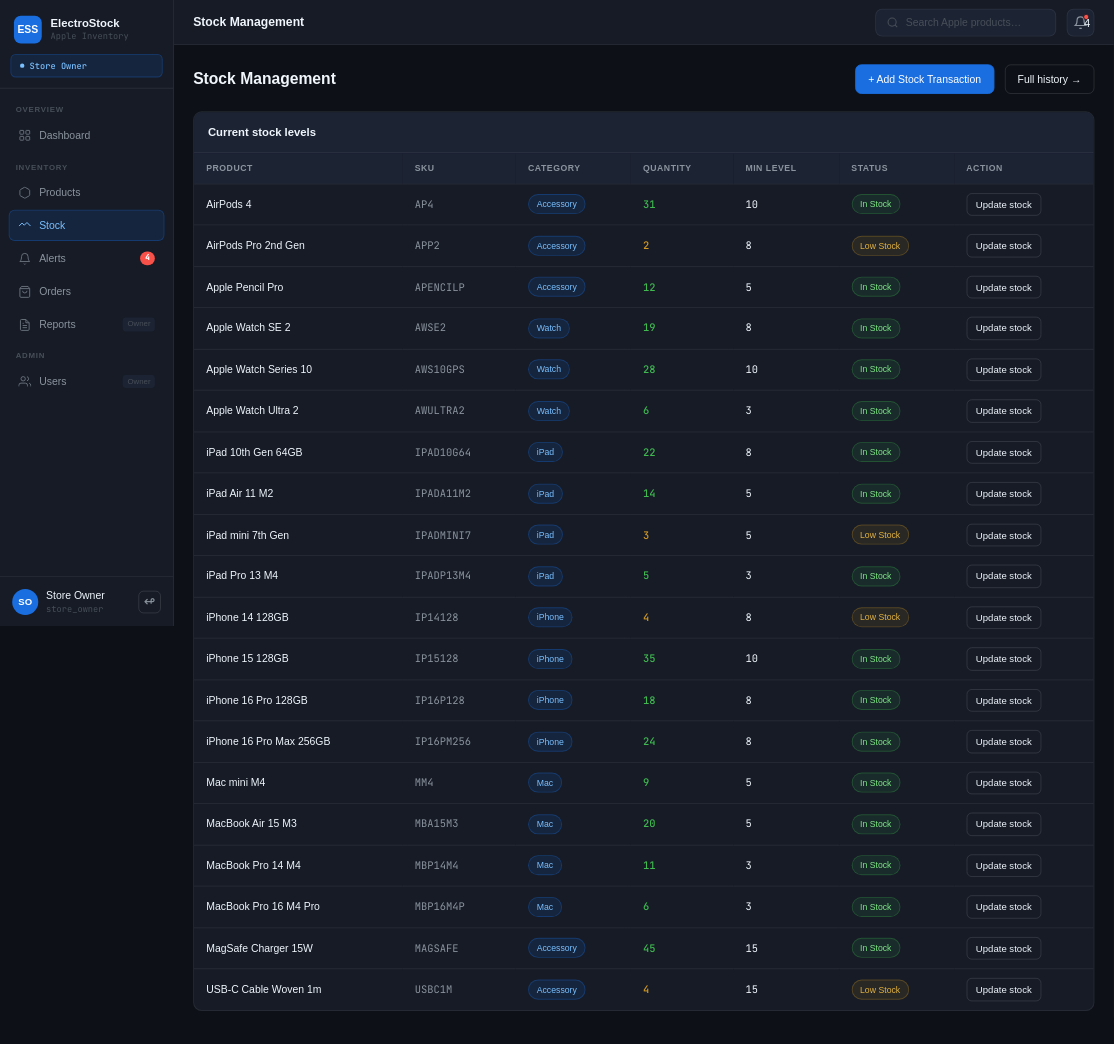
Repository: aayushaabsnss-web/ElectroStock-Solutions
Page: http://localhost/ESS/stock/index.php
These files come from the project's save history. The page is drawn as it stood at one moment and after a run of saves; the edit follows.
The browser window is 1280 px wide. The pictures show the whole page, at 87% of full size.
Some web fonts or font styles are not loaded; a fallback is used. The page is run by PHP 8.4 with error messages shown; the project is at /var/www/html/. The session is filled in as if someone had signed in: {"uid": 1, "name": "Store Owner", "role": "store_owner"}. Other server files are loaded and not shown. The database holds what the project's SQL file puts in it.

Above is the page before, as saved 2026-05-12 19:47:02.

### stock/index.php
<?php
/**
 * stock/index.php — Stock Levels (Presentation Layer)
 * Shows all products with their current stock levels.
 * Click "Update stock" on any row to go to the stock update form.
 */
$t = "Stock Management"; $a = "stock";
require_once "../includes/header.php";
include  "../includes/flash.php";

// Fetch all products with stock info
$products = mysqli_query($conn,
    "SELECT id, name, sku, category, quantity, min_qty,
            CASE
              WHEN quantity = 0        THEN 'Out of Stock'
              WHEN quantity <= min_qty THEN 'Low Stock'
              ELSE                          'In Stock'
            END AS stock_status
     FROM products
     WHERE is_active = 1
     ORDER BY name");
?>
<div class="page-hdr">
  <h1>Stock Management</h1>
  <a href="add.php" class="btn btn-primary">+ Add Stock Transaction</a>
  <a href="search.php" class="btn btn-outline">Full history &rarr;</a>
</div>
<div class="card">
  <div class="card-hdr"><span class="card-title">Current stock levels</span></div>
  <table class="tbl">
    <thead>
      <tr>
        <th>Product</th>
        <th>SKU</th>
        <th>Category</th>
        <th>Quantity</th>
        <th>Min level</th>
        <th>Status</th>
        <th>Action</th>
      </tr>
    </thead>
    <tbody>
    <?php $e=true; while($p=mysqli_fetch_assoc($products)): $e=false;
      $bl=["In Stock"=>"b-green","Low Stock"=>"b-amber","Out of Stock"=>"b-red"];
      $ql=["In Stock"=>"c-green","Low Stock"=>"c-amber","Out of Stock"=>"c-red"];
    ?>
    <tr>
      <td class="fw"><?= h($p["name"]) ?></td>
      <td class="mono muted"><?= h($p["sku"]) ?></td>
      <td><span class="badge b-blue"><?= h($p["category"]) ?></span></td>
      <td class="mono fw <?= $ql[$p["stock_status"]] ?>"><?= $p["quantity"] ?></td>
      <td class="mono"><?= $p["min_qty"] ?></td>
      <td><span class="badge <?= $bl[$p["stock_status"]] ?>"><?= $p["stock_status"] ?></span></td>
      <td>
        <a href="add.php?pid=<?= $p["id"] ?>" class="btn btn-outline btn-sm">Update stock</a>
      </td>
    </tr>
    <?php endwhile; if($e): ?>
    <tr><td colspan="7" style="text-align:center;padding:30px;color:var(--t3)">No products found.</td></tr>
    <?php endif; ?>
    </tbody>
  </table>
</div>
<?php require_once "../includes/footer.php"; ?>

### includes/header.php
<?php
// $t = page title, $a = active nav key
require_once __DIR__.'/../config/db.php';
require_once __DIR__.'/../auth/session.php';
requireLogin();
$_ac = alertCount($conn);
?><!DOCTYPE html>
<html lang="en">
<head>
<meta charset="UTF-8"><meta name="viewport" content="width=device-width,initial-scale=1">
<title><?= h($t??'Dashboard') ?> — ElectroStock Solutions</title>
<link rel="stylesheet" href="<?= BASE ?>assets/style.css">
</head>
<body>
<?php include __DIR__.'/sidebar.php'; ?>
<header class="topbar">
  <span class="tb-title"><?= h($t??'Dashboard') ?></span>
  <form class="tb-search" action="<?= BASE ?>products/search.php" method="GET">
    <svg width="14" height="14" viewBox="0 0 24 24" fill="none" stroke="currentColor" stroke-width="2"><circle cx="11" cy="11" r="8"/><path d="M21 21l-4.35-4.35"/></svg>
    <input type="text" name="q" placeholder="Search Apple products…" value="<?= h($_GET['q']??'') ?>">
  </form>
  <a href="<?= BASE ?>monitoring/index.php" class="tb-bell" title="Alerts">
    <svg width="16" height="16" viewBox="0 0 24 24" fill="none" stroke="currentColor" stroke-width="2"><path d="M18 8A6 6 0 006 8c0 7-3 9-3 9h18s-3-2-3-9"/><path d="M13.73 21a2 2 0 01-3.46 0"/></svg>
    <?php if($_ac>0): ?><span class="tb-badge"><?= $_ac ?></span><?php endif; ?>
  </a>
</header>
<main class="main"><div class="content">

### config/db.php
<?php
/**
 * config/db.php
 * Database configuration and connection file.
 * Change DB_USER, DB_PASS and BASE to match your server.
 */

// Database credentials — update these for your environment
define('DB_HOST', 'localhost');
define('DB_USER', 'root');      // Your MySQL username
define('DB_PASS', '');          // Your MySQL password
define('DB_NAME', 'inventory_db');

// Base URL — must match your folder name in htdocs
// e.g. if folder is 'ElectroStock-Solutions' use '/ElectroStock-Solutions/'
define('BASE', '/ESS/');

// Establish the database connection
$conn = mysqli_connect(DB_HOST, DB_USER, DB_PASS, DB_NAME);

// Show a clear error if connection fails
if (!$conn) {
    die('<div style="font-family:sans-serif;padding:30px;background:#1a1a2e;color:#ff6b6b;text-align:center">
        <h2>&#9888; Database connection failed</h2>
        <p>' . mysqli_connect_error() . '</p>
        <p style="color:#888">Edit config/db.php with your MySQL credentials.</p>
    </div>');
}

// Set character encoding to support all Unicode characters
mysqli_set_charset($conn, 'utf8mb4');

### auth/session.php
<?php
if (session_status() === PHP_SESSION_NONE) session_start();

function loggedIn()  { return !empty($_SESSION['uid']); }
function isOwner()   { return loggedIn() && $_SESSION['role'] === 'store_owner'; }

function requireLogin() {
    if (!loggedIn()) { header('Location: ' . BASE . 'auth/login.php'); exit; }
}
function requireOwner() {
    requireLogin();
    if (!isOwner()) { flash('error','Access denied — Store Owner only.'); header('Location: ' . BASE . 'dashboard/index.php'); exit; }
}
function flash($type, $msg) { $_SESSION['flash'][$type] = $msg; }
function getFlash($type) {
    $m = $_SESSION['flash'][$type] ?? '';
    unset($_SESSION['flash'][$type]);
    return $m;
}
function h($s) { return htmlspecialchars((string)$s, ENT_QUOTES, 'UTF-8'); }
function initials() {
    $parts = array_filter(explode(' ', $_SESSION['name'] ?? ''));
    return strtoupper(implode('', array_map(fn($p) => $p[0], array_slice($parts, 0, 2))));
}
function alertCount($conn) {
    $r = mysqli_query($conn,"SELECT COUNT(*) c FROM monitoring WHERE alert_status='active'");
    return (int)(mysqli_fetch_assoc($r)['c'] ?? 0);
}

### includes/sidebar.php
<?php // sidebar.php — $a = active key, $conn available ?>
<aside class="sidebar">
  <div class="sb-top">
    <div class="sb-brand">
      <div class="sb-logo">ESS</div>
      <div><div class="sb-name">ElectroStock</div><div class="sb-sub">Apple Inventory</div></div>
    </div>
    <div class="role-chip <?= isOwner()?'rc-owner':'rc-emp' ?>">
      <span class="rdot"></span><?= isOwner()?'Store Owner':'Employee' ?>
    </div>
  </div>
  <nav class="sb-nav">
    <div class="nl">Overview</div>
    <a class="ni <?= ($a??'')==='dash'?'active':'' ?>" href="<?= BASE ?>dashboard/index.php">
      <svg width="15" height="15" viewBox="0 0 24 24" fill="none" stroke="currentColor" stroke-width="1.8"><rect x="3" y="3" width="7" height="7" rx="1"/><rect x="14" y="3" width="7" height="7" rx="1"/><rect x="3" y="14" width="7" height="7" rx="1"/><rect x="14" y="14" width="7" height="7" rx="1"/></svg>
      Dashboard
    </a>
    <div class="nl">Inventory</div>
    <a class="ni <?= ($a??'')==='products'?'active':'' ?>" href="<?= BASE ?>products/index.php">
      <svg width="15" height="15" viewBox="0 0 24 24" fill="none" stroke="currentColor" stroke-width="1.8"><path d="M21 16V8a2 2 0 00-1-1.73l-7-4a2 2 0 00-2 0l-7 4A2 2 0 003 8v8a2 2 0 001 1.73l7 4a2 2 0 002 0l7-4A2 2 0 0021 16z"/></svg>
      Products
    </a>
    <a class="ni <?= ($a??'')==='stock'?'active':'' ?>" href="<?= BASE ?>stock/index.php">
      <svg width="15" height="15" viewBox="0 0 24 24" fill="none" stroke="currentColor" stroke-width="1.8"><path d="M2 12l5-5 4 4 5-5 6 6" stroke-linecap="round" stroke-linejoin="round"/></svg>
      Stock
    </a>
    <a class="ni <?= ($a??'')==='monitoring'?'active':'' ?>" href="<?= BASE ?>monitoring/index.php">
      <svg width="15" height="15" viewBox="0 0 24 24" fill="none" stroke="currentColor" stroke-width="1.8"><path d="M18 8A6 6 0 006 8c0 7-3 9-3 9h18s-3-2-3-9"/><path d="M13.73 21a2 2 0 01-3.46 0"/></svg>
      Alerts
      <?php $ac=alertCount($conn); if($ac>0): ?><span class="nb"><?= $ac ?></span><?php endif; ?>
    </a>
    <a class="ni <?= ($a??'')==='orders'?'active':'' ?>" href="<?= BASE ?>orders/index.php">
      <svg width="15" height="15" viewBox="0 0 24 24" fill="none" stroke="currentColor" stroke-width="1.8"><path d="M6 2L3 6v14a2 2 0 002 2h14a2 2 0 002-2V6l-3-4z"/><line x1="3" y1="6" x2="21" y2="6"/><path d="M16 10a4 4 0 01-8 0"/></svg>
      Orders
    </a>
    <?php if(isOwner()): ?>
    <a class="ni <?= ($a??'')=='reports'?'active':'' ?>" href="<?= BASE ?>reports/index.php">
      <svg width="15" height="15" viewBox="0 0 24 24" fill="none" stroke="currentColor" stroke-width="1.8"><path d="M14 2H6a2 2 0 00-2 2v16a2 2 0 002 2h12a2 2 0 002-2V8z"/><path d="M14 2v6h6M16 13H8M16 17H8M10 9H8"/></svg>
      Reports <span class="nav-lock">Owner</span>
    </a>
    <?php endif; ?>
    <?php if(isOwner()): ?>
    <div class="nl">Admin</div>
    <a class="ni <?= ($a??'')==='users'?'active':'' ?>" href="<?= BASE ?>auth/register.php">
      <svg width="15" height="15" viewBox="0 0 24 24" fill="none" stroke="currentColor" stroke-width="1.8"><path d="M17 21v-2a4 4 0 00-4-4H5a4 4 0 00-4 4v2"/><circle cx="9" cy="7" r="4"/><path d="M23 21v-2a4 4 0 00-3-3.87M16 3.13a4 4 0 010 7.75"/></svg>
      Users <span class="nav-lock">Owner</span>
    </a>
    <?php endif; ?>
  </nav>
  <div class="sb-foot">
    <div class="user-row">
      <div class="uav"><?= h(initials()) ?></div>
      <div style="flex:1;min-width:0">
        <div class="uname"><?= h($_SESSION['name']??'') ?></div>
        <div class="urole"><?= h($_SESSION['role']??'') ?></div>
      </div>
      <a href="<?= BASE ?>auth/logout.php" class="logout-btn" title="Logout">&#8619;</a>
    </div>
  </div>
</aside>

### includes/flash.php
<?php
foreach(['success'=>'alert-success','error'=>'alert-danger','warning'=>'alert-warning'] as $k=>$cls):
  if($m=getFlash($k)): ?><div class="alert <?= $cls ?>"><?= h($m) ?></div><?php
  endif;
endforeach;

### includes/footer.php
</div></main>
<script src="<?= BASE ?>assets/js/main.js"></script>
</body></html>

### database/inventory_db.sql (the tables this page reads)
CREATE TABLE monitoring (
  id           INT AUTO_INCREMENT PRIMARY KEY,
  product_id   INT  NOT NULL UNIQUE,
  threshold    INT  NOT NULL DEFAULT 5,
  alert_status ENUM('active','resolved') NOT NULL DEFAULT 'active',
  alerted_at   TIMESTAMP DEFAULT CURRENT_TIMESTAMP,
  resolved_at  TIMESTAMP NULL,
  resolved_by  INT,
  FOREIGN KEY (product_id)  REFERENCES products(id) ON DELETE CASCADE,
  FOREIGN KEY (resolved_by) REFERENCES users(id)    ON DELETE SET NULL
);

INSERT INTO monitoring (product_id,threshold,alert_status) VALUES
(4, 8, 'active'),
(12,5, 'active'),
(16,8, 'active'),
(20,15,'active');

CREATE TABLE products (
  id          INT AUTO_INCREMENT PRIMARY KEY,
  name        VARCHAR(150) NOT NULL UNIQUE,
  sku         VARCHAR(40)  NOT NULL UNIQUE,
  category    ENUM('iPhone','Mac','iPad','Watch','Accessory') NOT NULL,
  description TEXT,
  price       DECIMAL(10,2) NOT NULL,
  quantity    INT           NOT NULL DEFAULT 0,
  min_qty     INT           NOT NULL DEFAULT 5,
  supplier    VARCHAR(100)  DEFAULT 'Apple Inc.',
  is_active   TINYINT(1)   NOT NULL DEFAULT 1,
  added_by    INT,
  created_at  TIMESTAMP    DEFAULT CURRENT_TIMESTAMP,
  updated_at  TIMESTAMP    DEFAULT CURRENT_TIMESTAMP ON UPDATE CURRENT_TIMESTAMP,
  FOREIGN KEY (added_by) REFERENCES users(id) ON DELETE SET NULL
);

INSERT INTO products (name,sku,category,description,price,quantity,min_qty,supplier,added_by) VALUES
('iPhone 16 Pro Max 256GB','IP16PM256','iPhone','Latest flagship with A18 Pro chip and titanium design',               1199.00,24, 8,'Apple Inc.',1),
('iPhone 16 Pro 128GB',    'IP16P128', 'iPhone','Pro performance with 48MP camera system and A18 Pro chip',            999.00,18, 8,'Apple Inc.',1),
('iPhone 15 128GB',        'IP15128',  'iPhone','Dynamic Island and USB-C connectivity',                               799.00,35,10,'Apple Inc.',1),
('iPhone 14 128GB',        'IP14128',  'iPhone','Crash Detection and Emergency SOS via satellite',                     699.00, 4, 8,'Apple Inc.',1),
('MacBook Pro 16 M4 Pro',  'MBP16M4P', 'Mac',   'Powerhouse laptop with M4 Pro chip and 24GB RAM',                  2499.00, 6, 3,'Apple Inc.',1),
('MacBook Pro 14 M4',      'MBP14M4',  'Mac',   '14-inch MacBook Pro with M4 chip, all-day battery',                1999.00,11, 3,'Apple Inc.',1),
('MacBook Air 15 M3',      'MBA15M3',  'Mac',   'Thin and light 15-inch with M3 chip',                              1299.00,20, 5,'Apple Inc.',1),
('Mac mini M4',            'MM4',      'Mac',   'Compact desktop Mac with M4 chip',                                   599.00, 9, 5,'Apple Inc.',1),
('iPad Pro 13 M4',         'IPADP13M4','iPad',  'Most advanced iPad with M4 chip and Ultra Retina XDR display',      1299.00, 5, 3,'Apple Inc.',1),
('iPad Air 11 M2',         'IPADA11M2','iPad',  'Versatile 11-inch iPad Air with M2 chip',                            749.00,14, 5,'Apple Inc.',1),
('iPad 10th Gen 64GB',     'IPAD10G64','iPad',  'Colorful redesigned iPad with USB-C',                                449.00,22, 8,'Apple Inc.',1),
('iPad mini 7th Gen',      'IPADMINI7','iPad',  'Portable 8.3-inch iPad mini with A17 Pro chip',                      499.00, 3, 5,'Apple Inc.',1),
('Apple Watch Series 10',  'AWS10GPS', 'Watch', 'Thinnest Apple Watch with larger display and faster charging',        399.00,28,10,'Apple Inc.',1),
('Apple Watch Ultra 2',    'AWULTRA2', 'Watch', 'Ultimate sports watch with precision dual-frequency GPS',             799.00, 6, 3,'Apple Inc.',1),
('Apple Watch SE 2',       'AWSE2',    'Watch', 'Essential smartwatch at an affordable price',                         249.00,19, 8,'Apple Inc.',1),
('AirPods Pro 2nd Gen',    'APP2',     'Accessory','Active Noise Cancellation with Adaptive Audio',                    249.00, 2, 8,'Apple Inc.',1),
('AirPods 4',              'AP4',      'Accessory','Redesigned AirPods with ANC and H2 chip',                         129.00,31,10,'Apple Inc.',1),
('Apple Pencil Pro',       'APENCILP', 'Accessory','Advanced Pencil with barrel roll and squeeze gesture',             129.00,12, 5,'Apple Inc.',1),
('MagSafe Charger 15W',    'MAGSAFE',  'Accessory','Wireless MagSafe charger up to 15W for iPhone 12 and later',       39.00,45,15,'Apple Inc.',1),
('USB-C Cable Woven 1m',   'USBC1M',   'Accessory','Braided USB-C cable supporting up to 240W charging',               29.00, 4,15,'Apple Inc.',1);

Loaded but not shown: assets/js/main.js (29 lines, source omitted); assets/style.css (139 lines, source omitted)

After the next 2 saves:
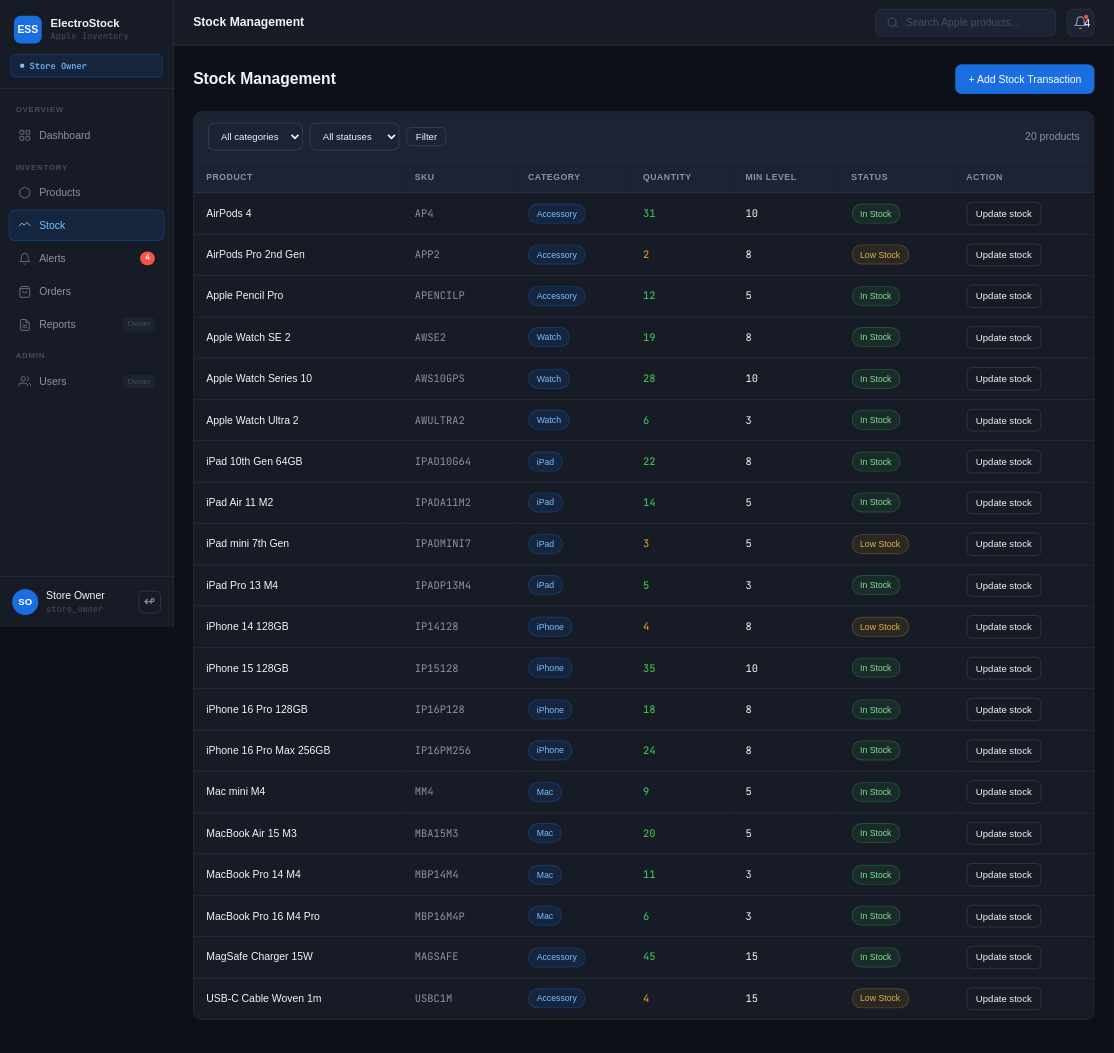
The 2 saves are shown as one change because they came seconds apart.
The last was saved 2 min 42 s later.
--- a/stock/index.php
+++ b/stock/index.php
@@ -1,32 +1,60 @@
 <?php
 /**
  * stock/index.php — Stock Levels (Presentation Layer)
- * Shows all products with their current stock levels.
- * Click "Update stock" on any row to go to the stock update form.
+ * Shows all products with stock info. Filter by category and status.
  */
 $t = "Stock Management"; $a = "stock";
 require_once "../includes/header.php";
 include  "../includes/flash.php";
 
-// Fetch all products with stock info
-$products = mysqli_query($conn,
-    "SELECT id, name, sku, category, quantity, min_qty,
-            CASE
-              WHEN quantity = 0        THEN 'Out of Stock'
-              WHEN quantity <= min_qty THEN 'Low Stock'
-              ELSE                          'In Stock'
-            END AS stock_status
-     FROM products
-     WHERE is_active = 1
-     ORDER BY name");
+// Filter params
+$cat    = $_GET["cat"]    ?? "";
+$status = $_GET["status"] ?? "";
+
+// Build query with optional filters
+$where = ["is_active=1"];
+if($cat) $where[] = "category='".mysqli_real_escape_string($conn,$cat)."'";
+if($status === "in")  $where[] = "quantity > min_qty";
+if($status === "low") $where[] = "quantity > 0 AND quantity <= min_qty";
+if($status === "out") $where[] = "quantity = 0";
+
+$sql = "SELECT id, name, sku, category, quantity, min_qty,
+        CASE
+          WHEN quantity = 0        THEN 'Out of Stock'
+          WHEN quantity <= min_qty THEN 'Low Stock'
+          ELSE                          'In Stock'
+        END AS stock_status
+        FROM products WHERE ".implode(" AND ",$where)." ORDER BY name";
+
+$products = mysqli_query($conn, $sql);
+$total    = mysqli_num_rows($products);
 ?>
 <div class="page-hdr">
   <h1>Stock Management</h1>
   <a href="add.php" class="btn btn-primary">+ Add Stock Transaction</a>
-  <a href="search.php" class="btn btn-outline">Full history &rarr;</a>
 </div>
 <div class="card">
-  <div class="card-hdr"><span class="card-title">Current stock levels</span></div>
+  <!-- Filter bar -->
+  <form method="GET" class="filter-bar">
+    <select name="cat" class="fc">
+      <option value="">All categories</option>
+      <?php foreach(["iPhone","Mac","iPad","Watch","Accessory"] as $c): ?>
+      <option <?= $cat===$c?"selected":"" ?>><?= $c ?></option>
+      <?php endforeach; ?>
+    </select>
+    <select name="status" class="fc">
+      <option value="">All statuses</option>
+      <option value="in"  <?= $status==="in" ?"selected":"" ?>>In Stock</option>
+      <option value="low" <?= $status==="low"?"selected":"" ?>>Low Stock</option>
+      <option value="out" <?= $status==="out"?"selected":"" ?>>Out of Stock</option>
+    </select>
+    <button class="btn btn-outline btn-sm">Filter</button>
+    <?php if($cat||$status): ?>
+    <a href="index.php" class="btn btn-outline btn-sm">Clear</a>
+    <?php endif; ?>
+    <span style="margin-left:auto;font-size:12px;color:var(--t2)"><?= $total ?> product<?= $total!==1?"s":"" ?></span>
+  </form>
+
   <table class="tbl">
     <thead>
       <tr>
@@ -51,9 +79,7 @@
       <td class="mono fw <?= $ql[$p["stock_status"]] ?>"><?= $p["quantity"] ?></td>
       <td class="mono"><?= $p["min_qty"] ?></td>
       <td><span class="badge <?= $bl[$p["stock_status"]] ?>"><?= $p["stock_status"] ?></span></td>
-      <td>
-        <a href="add.php?pid=<?= $p["id"] ?>" class="btn btn-outline btn-sm">Update stock</a>
-      </td>
+      <td><a href="add.php?pid=<?= $p["id"] ?>" class="btn btn-outline btn-sm">Update stock</a></td>
     </tr>
     <?php endwhile; if($e): ?>
     <tr><td colspan="7" style="text-align:center;padding:30px;color:var(--t3)">No products found.</td></tr>
